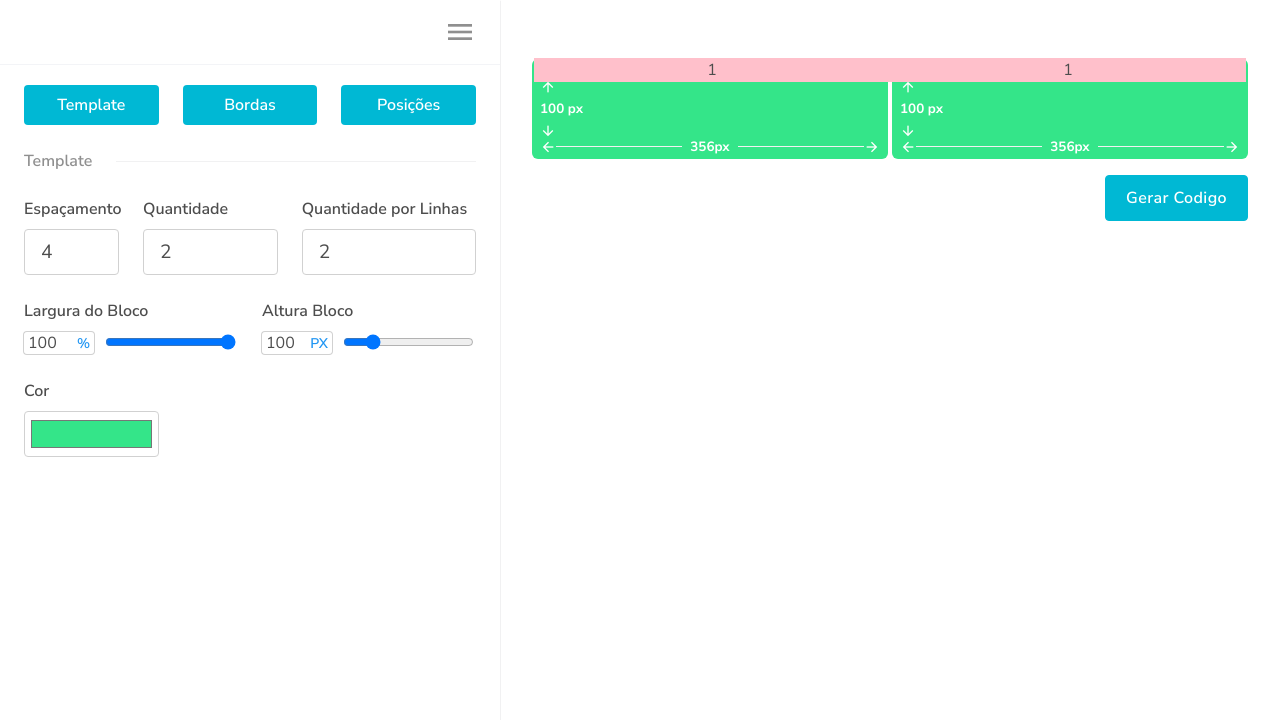
Repository: Flintdl/lowcode-elements
Page: /
These files come from the project's save history. The page is drawn as it stood at one moment and after the next save; the edit follows.
The browser window is 1280 px wide. The pictures show the whole page.
The project was rebuilt for these pictures with package versions that can differ from the ones it lists, and the page was loaded fresh each time. Also part of the build but not shown: vue.config.js.

Above is the page before, as saved 2022-04-06 14:02:31.

After the next save:
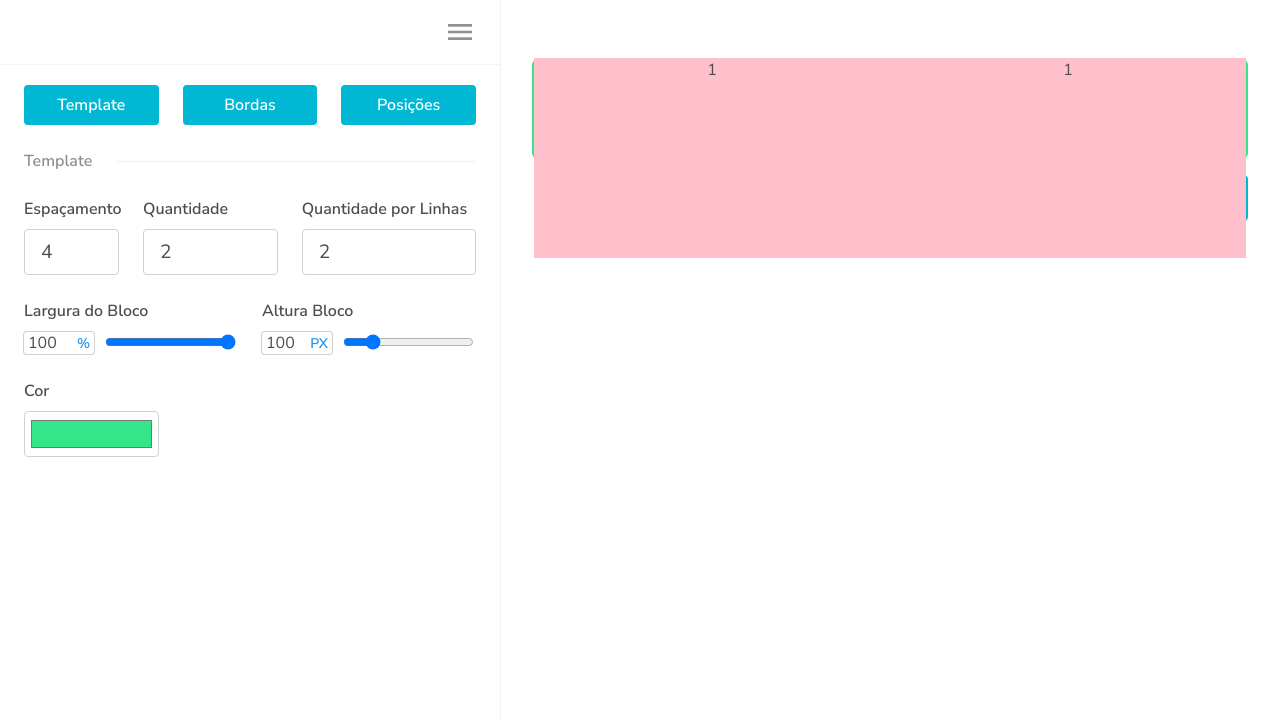
Saved 34 s later.
--- a/src/views/HomeView.vue
+++ b/src/views/HomeView.vue
@@ -121,7 +121,7 @@
     },
     widthProps() {
       return {
-        height: `calc(${this.valorHeight} + "px" * ${this.quantidade})`,
+        height: `calc(${this.valorHeight}px * ${this.quantidade})`,
         "background-color": "pink",
         "z-index": 500,
         left: "0px",

After the save that followed:
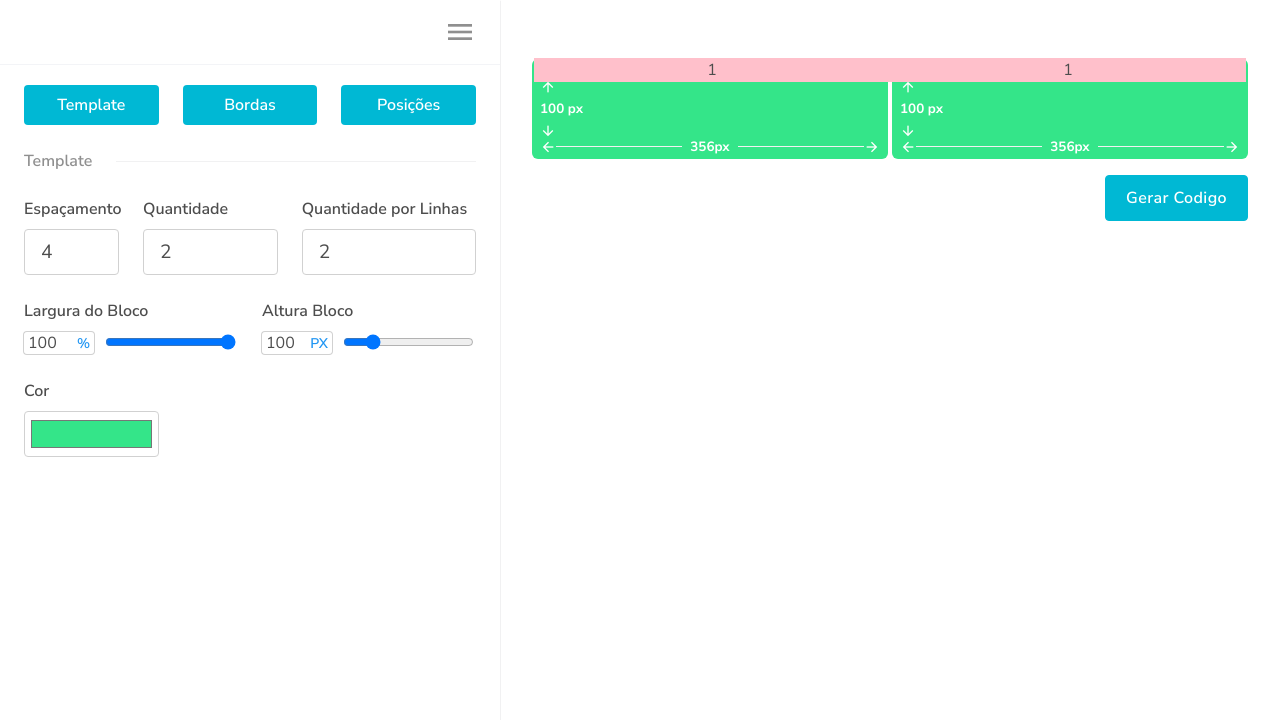
Saved 10 s later.
--- a/src/views/HomeView.vue
+++ b/src/views/HomeView.vue
@@ -121,7 +121,7 @@
     },
     widthProps() {
       return {
-        height: `calc(${this.valorHeight}px * ${this.quantidade})`,
+        height: `calc(${this.valorHeight}px * ${this.quantidadeLinhas})`,
         "background-color": "pink",
         "z-index": 500,
         left: "0px",
